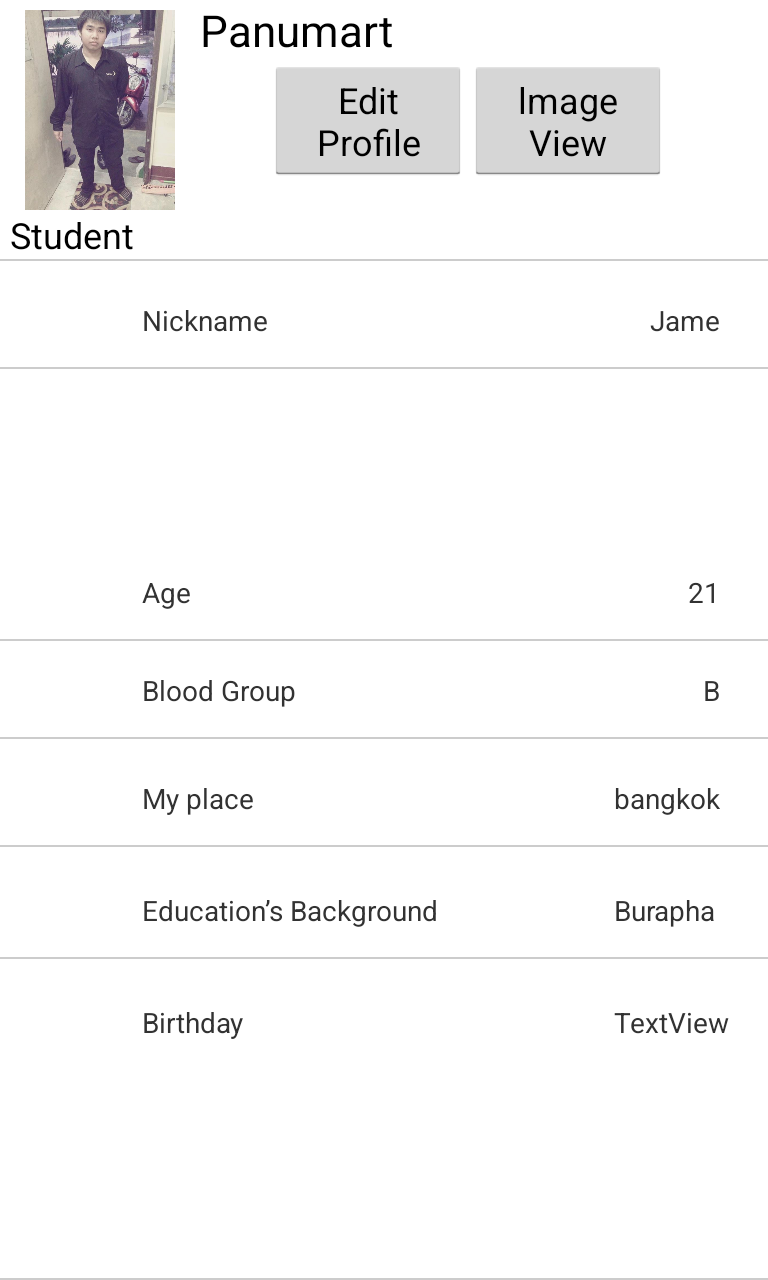
Repository: PanumartThamkawin/Resuma_55410657
Layout: Panu657/res/layout/activity_main.xml
These files come from the project's save history. The layout is drawn as it stood at one moment and after the next save; the edit follows.
It is drawn on a 768 x 1280 px phone screen (xhdpi) without system bars, with theme AppTheme; the app's code is not run.

Above is the layout before, as saved 2014-09-01 07:01:46.

After the next save:
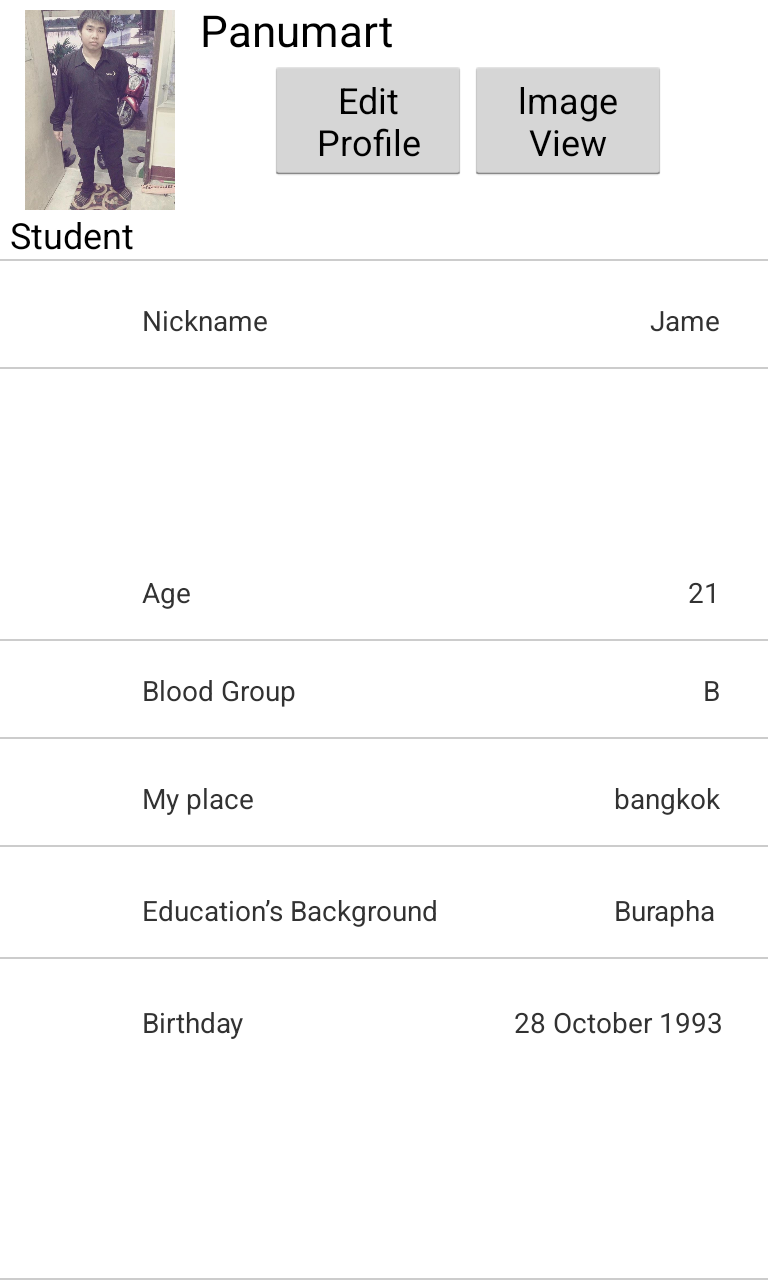
Saved 78 s later.
--- a/Panu657/res/layout/activity_main.xml
+++ b/Panu657/res/layout/activity_main.xml
@@ -151,15 +151,6 @@
         android:layout_marginTop="14dp"
         android:background="#cccccc" />
 
-    <TextView
-        android:id="@+id/textView14"
-        android:layout_width="wrap_content"
-        android:layout_height="wrap_content"
-        android:layout_alignBaseline="@+id/textView13"
-        android:layout_alignBottom="@+id/textView13"
-        android:layout_alignLeft="@+id/textView12"
-        android:text="TextView" />
-
     <View
         android:id="@+id/View01"
         android:layout_width="wrap_content"
@@ -230,4 +221,13 @@
         android:layout_marginTop="22dp"
         android:text="Birthday" />
 
+    <TextView
+        android:id="@+id/textView14"
+        android:layout_width="wrap_content"
+        android:layout_height="wrap_content"
+        android:layout_alignBaseline="@+id/textView13"
+        android:layout_alignBottom="@+id/textView13"
+        android:layout_alignRight="@+id/textView12"
+        android:text="28 October 1993" />
+
 </RelativeLayout>
